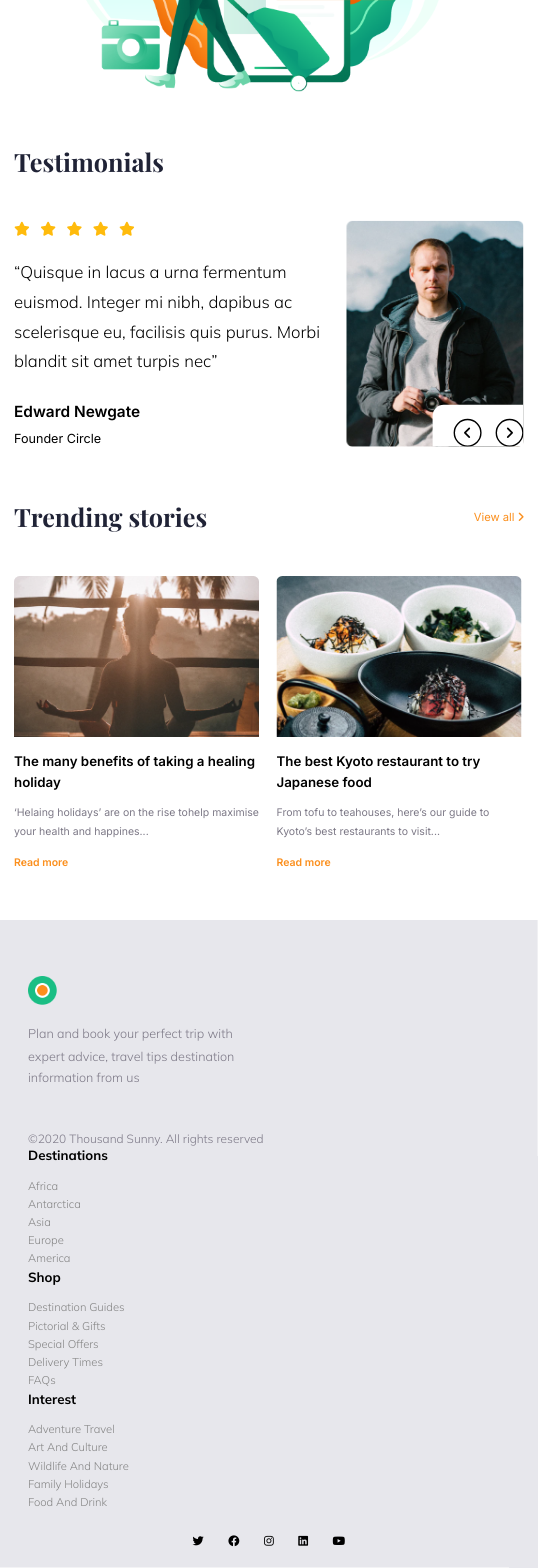
Repository: tranvinhluan/Explore---Travel
Page: index.html
These files come from the project's save history. The page is drawn as it stood at one moment and after the next save; the edit follows.
The browser window is 768 px wide. The pictures show the part of the page from y = 3475 to 5715 px (the page is 5715 px tall before and 5223 px after), at 70% of full size.
The style sheet was rebuilt from its Sass, Less or Tailwind sources for each picture, by a compiler version that may differ from the author's.

Above is the page before, as saved 2022-01-21 09:29:17.

After the next save:
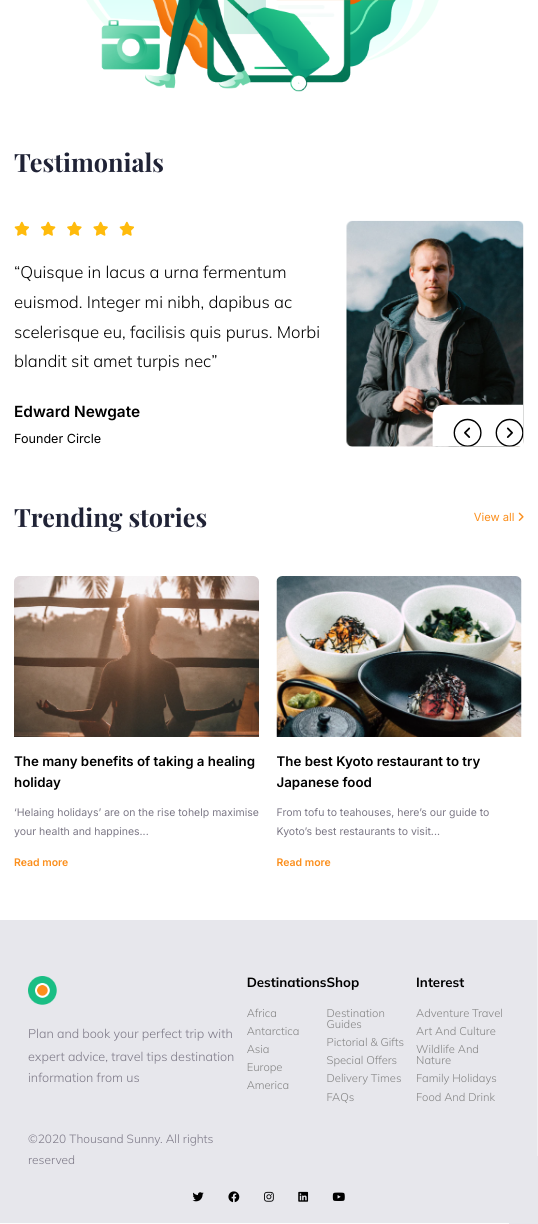
Saved 99 s later.
--- a/sass/_footer.scss
+++ b/sass/_footer.scss
@@ -54,6 +54,8 @@
       }
     }
     @media screen and (max-width: 1023px) {
-
+     &-top {
+       display: flex;
+     }
     }
 }
